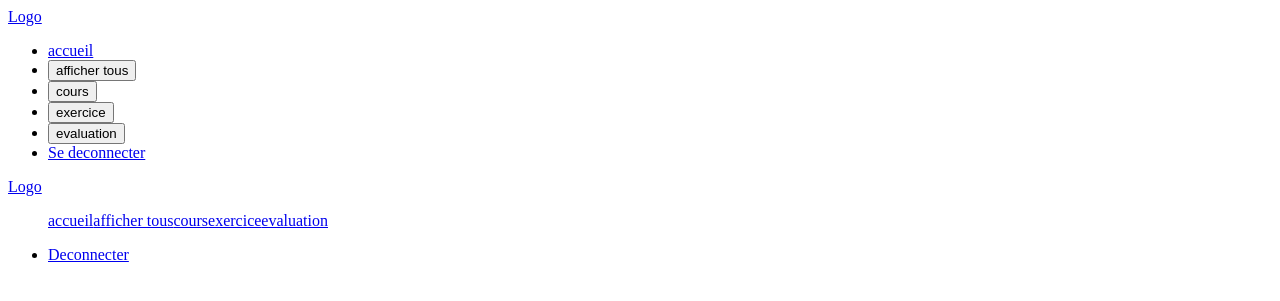
Repository: mitantsoa1/site_test
Page: http://localhost/Views/template-parts/nav.php
The author's editor kept a copy of each file at every save. The page is drawn from the files as they stood at one save, then again after the next save.
The browser window is 1280 px wide. The pictures show the whole page.
The page is run by PHP 8.4 with error messages shown; the project is at /var/www/html/.

Above is the page before, as saved 2021-02-09 18:06:11.

After the next save:
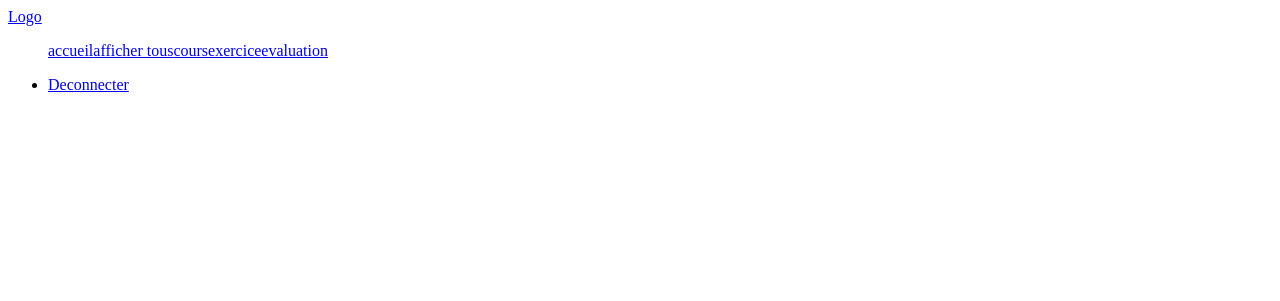
Saved 6 s later.
--- a/Views/template-parts/nav.php
+++ b/Views/template-parts/nav.php
@@ -1,18 +1,4 @@
-<div class="container-fluid">
-    <div class="collapse navbar-collapse navbar-fixed-top" id="myNav" >
-        <a href="#" class="header__logo">Logo</a>
-        <ul class="nav navbar-nav navbar-fixed-top">
-            <li><a href="accueil" class="navbar-brand"><i class="fa fa-undo"> </i> accueil</a></li>
-            <li><button class="afficher" onclick='showAll()'>afficher tous</button></li>
-            <li><button class="afficher" onclick='cours()'>cours</button></li>
-            <li><button class="afficher" onclick='exercice()'>exercice</button></li>
-            <li><button class="afficher" onclick='evaluation()'>evaluation</button></li>
-            <li class="active float_droite">
-                    <a href="deconnexion" name="btnDeco" id="btnDeco" class="btn btn-default"  onclick="return confirm('Se deconnecter?')">Se deconnecter</a>
-            </li>
-        </ul>
-    </div>
-</div>
+
 <header class="header">
     <div class="container">
             <!-- pour humbourger -->
